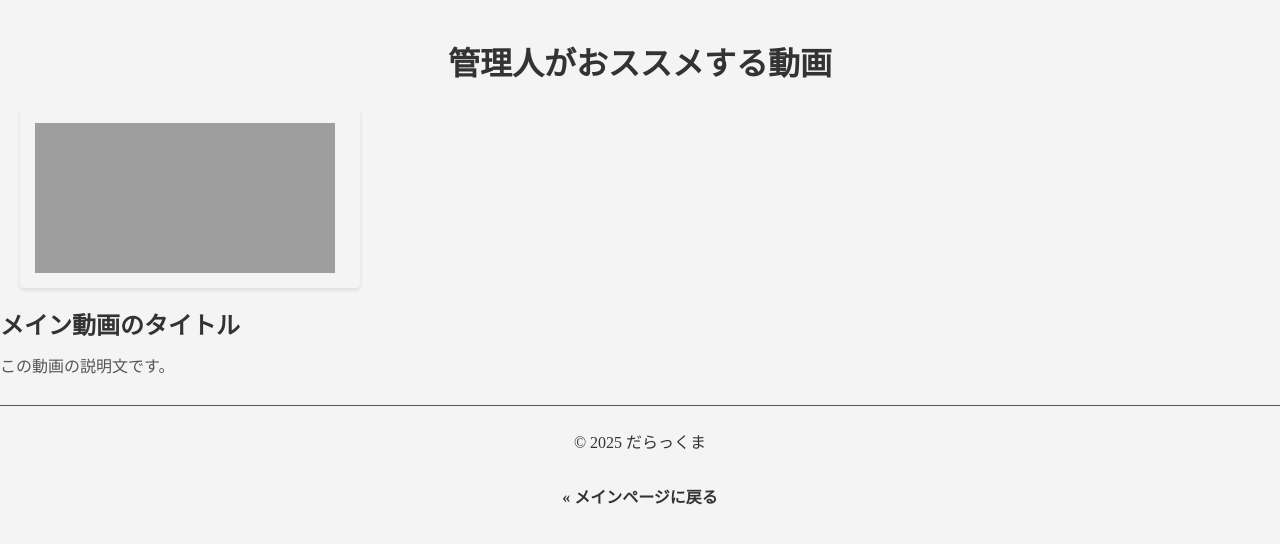
Repository: rydeen7907/html
Page: movie_link.html
These files come from the project's save history. The page is drawn as it stood at one moment and after the next save; the edit follows.
The browser window is 1280 px wide. The pictures show the whole page.
Pictures or frames that could not be fetched are drawn as grey boxes.

Above is the page before, as saved 2025-04-29 18:13:40.

After the next save:
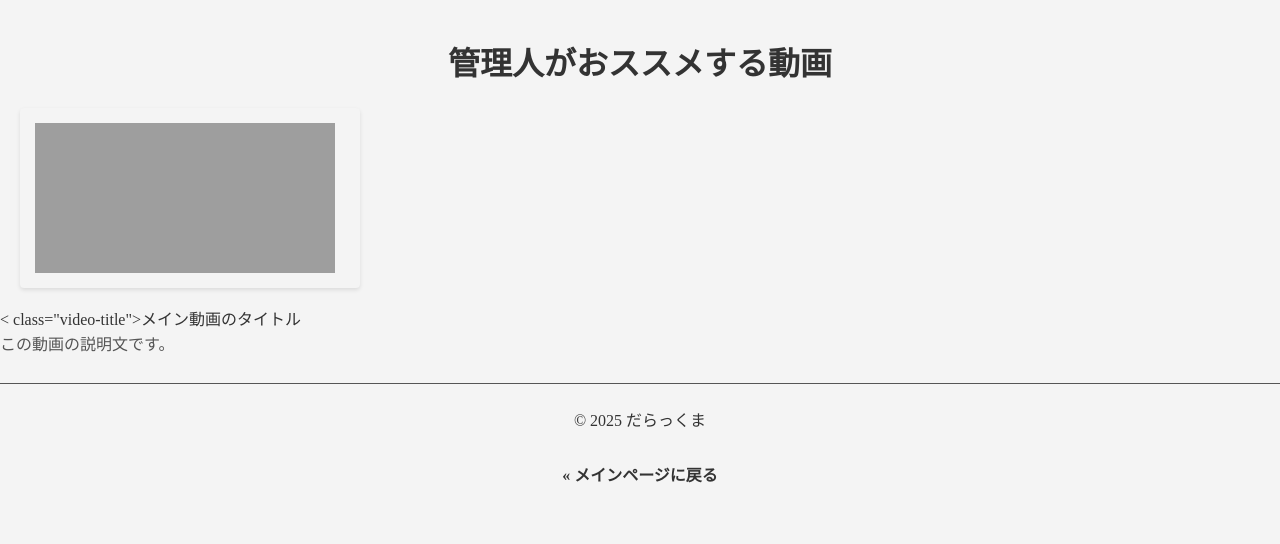
Saved 4 min 51 s later.
--- a/movie_link.html
+++ b/movie_link.html
@@ -17,7 +17,7 @@
 </div>
 
 <div class="video-info">
-    <div class="video-title">メイン動画のタイトル</div>
+    < class="video-title">メイン動画のタイトル</div>
     <div class="video-description">この動画の説明文です。</div>
 </div>
 

After the save that followed:
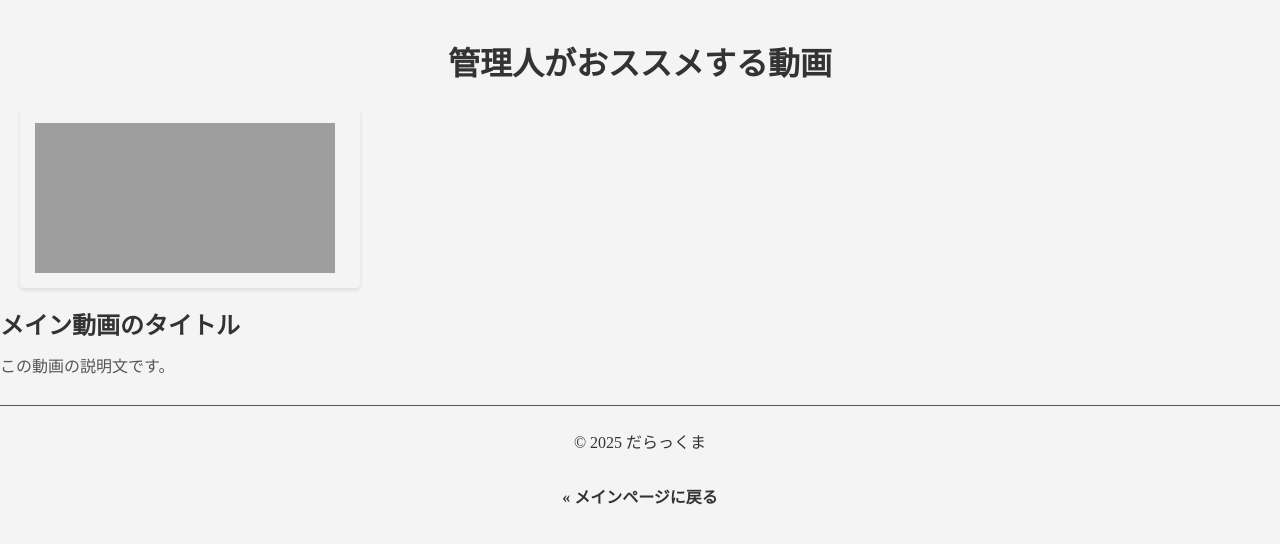
Saved 8 s later.
--- a/movie_link.html
+++ b/movie_link.html
@@ -17,7 +17,7 @@
 </div>
 
 <div class="video-info">
-    < class="video-title">メイン動画のタイトル</div>
+    <h3 class="video-title">メイン動画のタイトル</div>
     <div class="video-description">この動画の説明文です。</div>
 </div>
 
